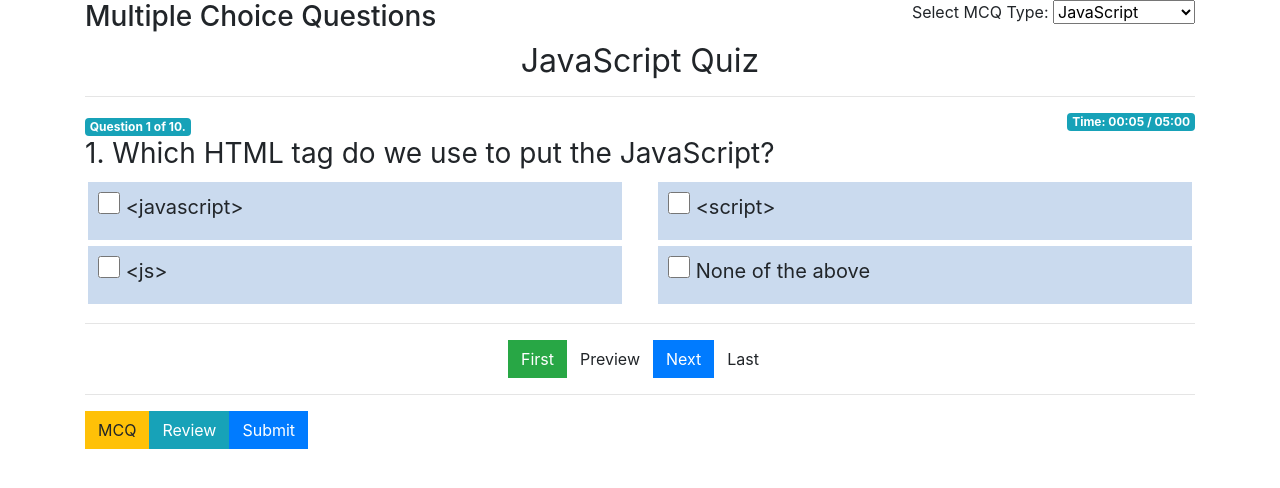
Repository: 2016272041/Online-Ass-Test1-
Page: /
These files come from the project's save history. The page is drawn as it stood at one moment and after the next save; the edit follows.
The browser window is 1280 px wide. The pictures show the whole page.
The project was rebuilt for these pictures with package versions that can differ from the ones it lists, and the page was loaded fresh each time. Also part of the build but not shown: angular.json.

Above is the page before, as saved 2019-07-23 15:39:12.

### src/app/quiz/quiz.component.ts
import { Component, OnInit } from '@angular/core';

import { QuizService } from '../services/quiz.service';
import { HelperService } from '../services/helper.service';
import { Option, Question, Quiz, QuizConfig } from '../models/index';

@Component({
  selector: 'app-quiz',
  templateUrl: './quiz.component.html',
  styleUrls: ['./quiz.component.css'],
  providers: [QuizService]
})
export class QuizComponent implements OnInit {
  quizes: any[];
  quiz: Quiz = new Quiz(null);
  mode = 'quiz';
  quizName: string;
  config: QuizConfig = {
    'allowBack': true,
    'allowReview': true,
    'autoMove': false,  // if true, it will move to next question automatically when answered.
    'duration': 300,  // indicates the time (in secs) in which quiz needs to be completed. 0 means unlimited.
    'pageSize': 1,
    'requiredAll': false,  // indicates if you must answer all the questions before submitting.
    'richText': false,
    'shuffleQuestions': false,
    'shuffleOptions': false,
    'showClock': false,
    'showPager': true,
    'theme': 'none'
  };

  pager = {
    index: 0,
    size: 1,
    count: 1
  };
  timer: any = null;
  startTime: Date;
  endTime: Date;
  ellapsedTime = '00:00';
  duration = '';

  constructor(private quizService: QuizService) { }

  ngOnInit() {
    this.quizes = this.quizService.getAll();
    this.quizName = this.quizes[0].id;
    this.loadQuiz(this.quizName);
  }

  loadQuiz(quizName: string) {
    this.quizService.get(quizName).subscribe(res => {
      this.quiz = new Quiz(res);
      this.pager.count = this.quiz.questions.length;
      this.startTime = new Date();
      this.ellapsedTime = '00:00';
      this.timer = setInterval(() => { this.tick(); }, 1000);
      this.duration = this.parseTime(this.config.duration);
    });
    this.mode = 'quiz';
  }

  tick() {
    const now = new Date();
    const diff = (now.getTime() - this.startTime.getTime()) / 1000;
    if (diff >= this.config.duration) {
      this.onSubmit();
    }
    this.ellapsedTime = this.parseTime(diff);
  }

  parseTime(totalSeconds: number) {
    let mins: string | number = Math.floor(totalSeconds / 60);
    let secs: string | number = Math.round(totalSeconds % 60);
    mins = (mins < 10 ? '0' : '') + mins;
    secs = (secs < 10 ? '0' : '') + secs;
    return `${mins}:${secs}`;
  }

  get filteredQuestions() {
    return (this.quiz.questions) ?
      this.quiz.questions.slice(this.pager.index, this.pager.index + this.pager.size) : [];
  }

  onSelect(question: Question, option: Option) {
    if (question.questionTypeId === 1) {
      question.options.forEach((x) => { if (x.id !== option.id) x.selected = false; });
    }

    if (this.config.autoMove) {
      this.goTo(this.pager.index + 1);
    }
  }

  goTo(index: number) {
    if (index >= 0 && index < this.pager.count) {
      this.pager.index = index;
      this.mode = 'quiz';
    }
  }

  isAnswered(question: Question) {
    return question.options.find(x => x.selected) ? 'Answered' : 'Not Answered';
  };

  isCorrect(question: Question) {
    return question.options.every(x => x.selected === x.isAnswer) ? 'correct' : 'wrong';
  };

  onSubmit() {
    let answers = [];
    this.quiz.questions.forEach(x => answers.push({ 'quizId': this.quiz.id, 'questionId': x.id, 'answered': x.answered }));

    // Post your data to the server here. answers contains the questionId and the users' answer.
    console.log(this.quiz.questions);
    this.mode = 'result';
  }
}

### src/app/quiz/quiz.component.html
<div class="row">
  <div class="col-6">
    <h3>Multiple Choice Questions</h3>
  </div>
  <div class="col-6 text-right">
    Select MCQ Type:
    <select [(ngModel)]="quizName" (change)="loadQuiz(quizName)">
      <option *ngFor="let quiz of quizes" [value]="quiz.id">{{quiz.name}}</option>
    </select>
  </div>
</div>
<div id="quiz">
  <h2 class="text-center font-weight-normal">{{quiz.name}}</h2>
  <hr />

  <div *ngIf="mode=='quiz' && quiz">
    <div *ngFor="let question of filteredQuestions;">
      <div class="badge badge-info">Question {{pager.index + 1}} of {{pager.count}}.</div>
      <div *ngIf="config.duration" class="badge badge-info float-right">Time: {{ellapsedTime}} / {{duration}}</div>
      <h3 class="font-weight-normal">{{pager.index + 1}}.
        <span [innerHTML]="question.name"></span>
      </h3>
      <div class="row text-left options">
        <div class="col-6" *ngFor="let option of question.options">
          <div class="option">
            <label class="font-weight-normal" [attr.for]="option.id">
              <input id="{{option.id}}" type="checkbox" [(ngModel)]="option.selected" (change)="onSelect(question, option);" /> {{option.name}}
            </label>
          </div>
        </div>
      </div>
    </div>
    <hr />
    <div class="text-center">
      <button class="btn btn-success" *ngIf="config.allowBack" (click)="goTo(0);">First</button>
      <button class="btn btn-default" *ngIf="config.allowBack" (click)="goTo(pager.index - 1);">Preview</button>
      <button class="btn btn-primary" (click)="goTo(pager.index + 1);">Next</button>
      <button class="btn btn-default" *ngIf="config.allowBack" (click)="goTo(pager.count - 1);">Last</button>
      <!--<pagination *ngIf="config.showPager" direction-links="false" total-items="totalItems" items-per-page="itemsPerPage" ng-model="currentPage" ng-change="pageChanged()"></pagination>-->
    </div>
  </div>

  <div class="row text-center" *ngIf="mode=='review'">
    <div class="col-4 cursor-pointer" *ngFor="let question of quiz.questions; let index = index;">
      <div (click)="goTo(index)" class="p-3 mb-2 {{ isAnswered(question) == 'Answered'? 'bg-info': 'bg-warning' }}">{{index + 1}}. {{ isAnswered(question) }}</div>
    </div>
  </div>
  <div class="result" *ngIf="mode=='result'">
    <h2>Quiz Result</h2>
    <div *ngFor="let question of quiz.questions; let index = index">
      <div class="result-question">
        <h5>{{index + 1}}. {{question.name}}</h5>
        <div class="row">
          <div class="col-6" *ngFor="let Option of question.options">
            <input id="{{Option.id}}" type="checkbox" disabled="disabled" [(ngModel)]="Option.selected" /> {{Option.name}}
          </div>
        </div>
        <div class="p-1 m-2 alert {{ isCorrect(question) == 'correct'? 'alert-success': 'alert-danger'}}">Your answer is {{isCorrect(question)}}.</div>
      </div>
    </div>
    <h4 class="alert alert-info text-center">You may close this window now.</h4>
  </div>
  <hr />
  <div *ngIf="mode!='result'">
    <button class="btn btn-warning" (click)="mode = 'quiz'">MCQ</button>
    <button class="btn btn-info" (click)="mode = 'review'">Review</button>
    <button class="btn btn-primary" (click)="onSubmit();">Submit</button>
  </div>
</div>

### src/app/services/quiz.service.ts
import { HttpClient } from '@angular/common/http';
import { Injectable } from '@angular/core';

@Injectable()
export class QuizService {

  constructor(private http: HttpClient) { }

  get(url: string) {
    return this.http.get(url);
  }

  getAll() {
    return [
      { id: 'data/javascript.json', name: 'JavaScript' },
      { id: 'data/aspnet.json', name: 'Asp.Net' },
      { id: 'data/csharp.json', name: 'C Sharp' },
      { id: 'data/designPatterns.json', name: 'Design Patterns' }
    ];
  }

}

Loaded but not shown: src/index.html (common file); src/styles.css (common file); src/main.ts (common file); src/app/app.module.ts (common file); src/environments/environment.ts (common file); src/app/app.component.ts (common file); src/app/app.component.html (common file); src/app/models/index.ts (common file); src/app/models/option.ts (common file); src/app/models/question.ts (common file); src/app/models/quiz.ts (common file); src/app/models/quiz-config.ts (common file); src/data/javascript.json (common file); src/app/app.component.css (no stored copy; drawn as an empty file); src/app/quiz/quiz.component.css (no stored copy; drawn as an empty file)

After the next save:
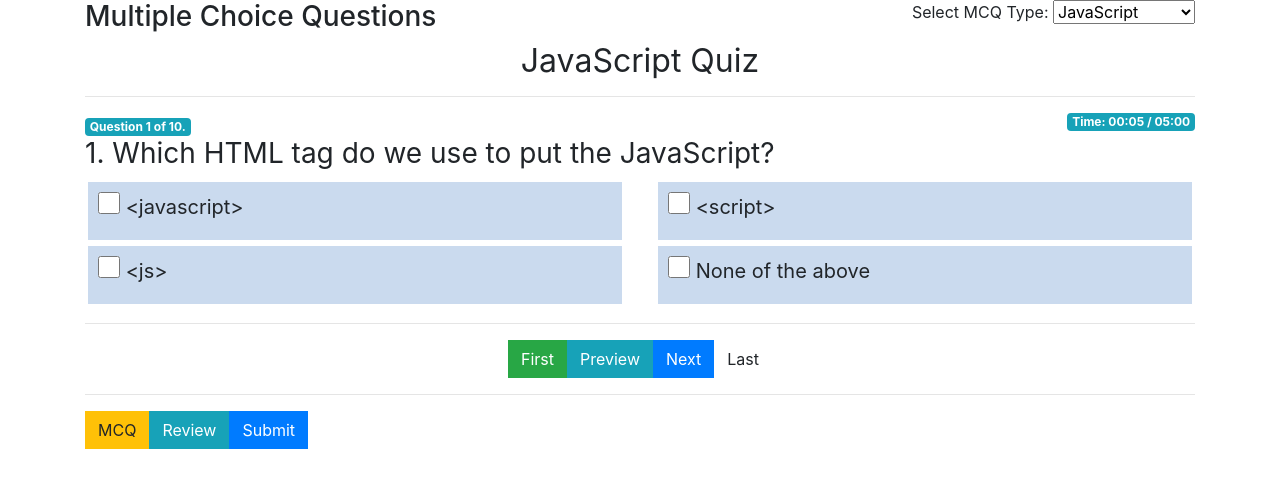
Saved 10 s later.
--- a/src/app/quiz/quiz.component.html
+++ b/src/app/quiz/quiz.component.html
@@ -33,7 +33,7 @@
     <hr />
     <div class="text-center">
       <button class="btn btn-success" *ngIf="config.allowBack" (click)="goTo(0);">First</button>
-      <button class="btn btn-default" *ngIf="config.allowBack" (click)="goTo(pager.index - 1);">Preview</button>
+      <button class="btn btn-info" *ngIf="config.allowBack" (click)="goTo(pager.index - 1);">Preview</button>
       <button class="btn btn-primary" (click)="goTo(pager.index + 1);">Next</button>
       <button class="btn btn-default" *ngIf="config.allowBack" (click)="goTo(pager.count - 1);">Last</button>
       <!--<pagination *ngIf="config.showPager" direction-links="false" total-items="totalItems" items-per-page="itemsPerPage" ng-model="currentPage" ng-change="pageChanged()"></pagination>-->
